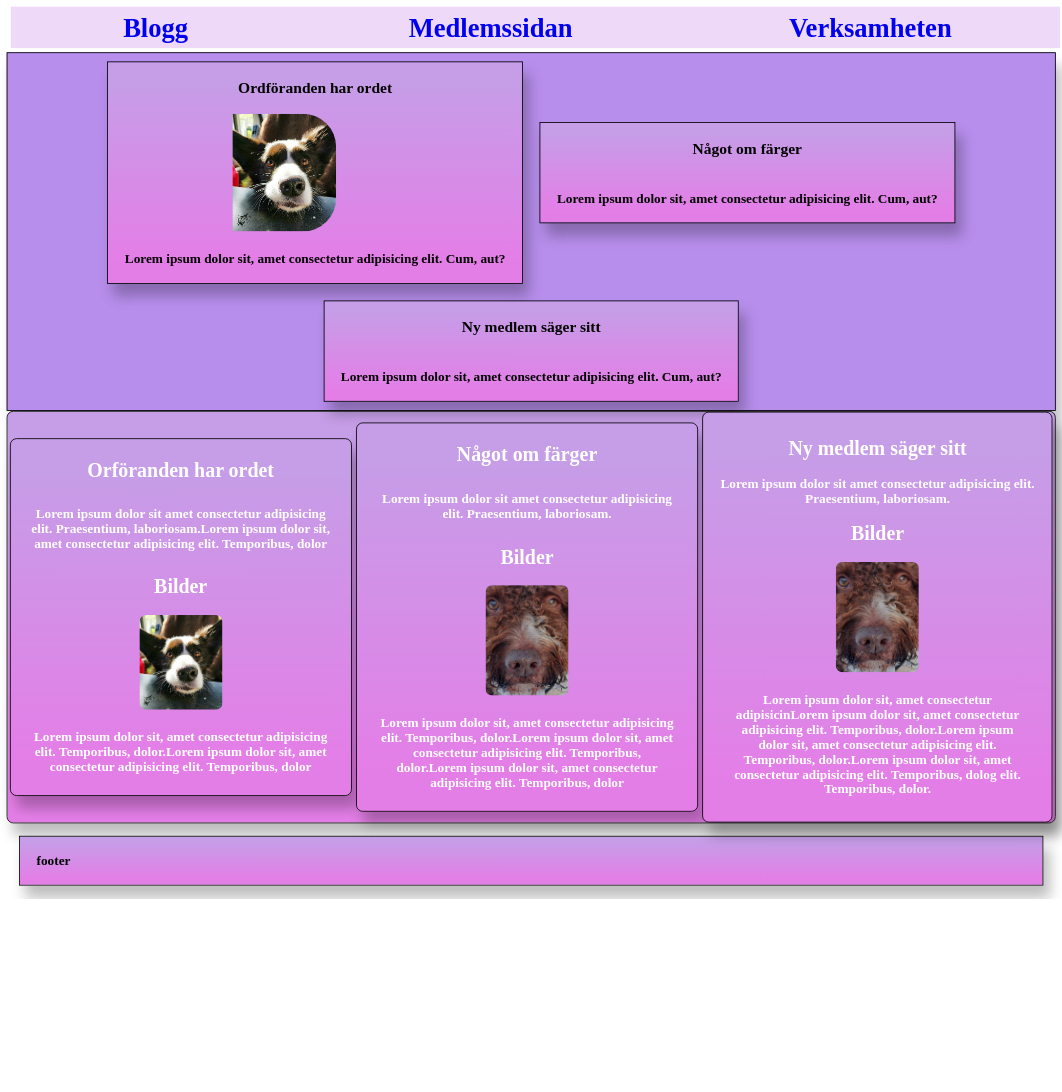
Repository: Webutveckling-20-21/lektion-3-CSS
Page: index.html
An editor plug-in stored every save of this project. The page is shown before and after the next save, followed by the edit.
The browser window is 1280 px wide. The pictures show the whole page, at 83% of full size.
Some web fonts or font styles are not loaded; a fallback is used.

Above is the page before, as saved 2021-09-30 14:03:46.

After the next save:
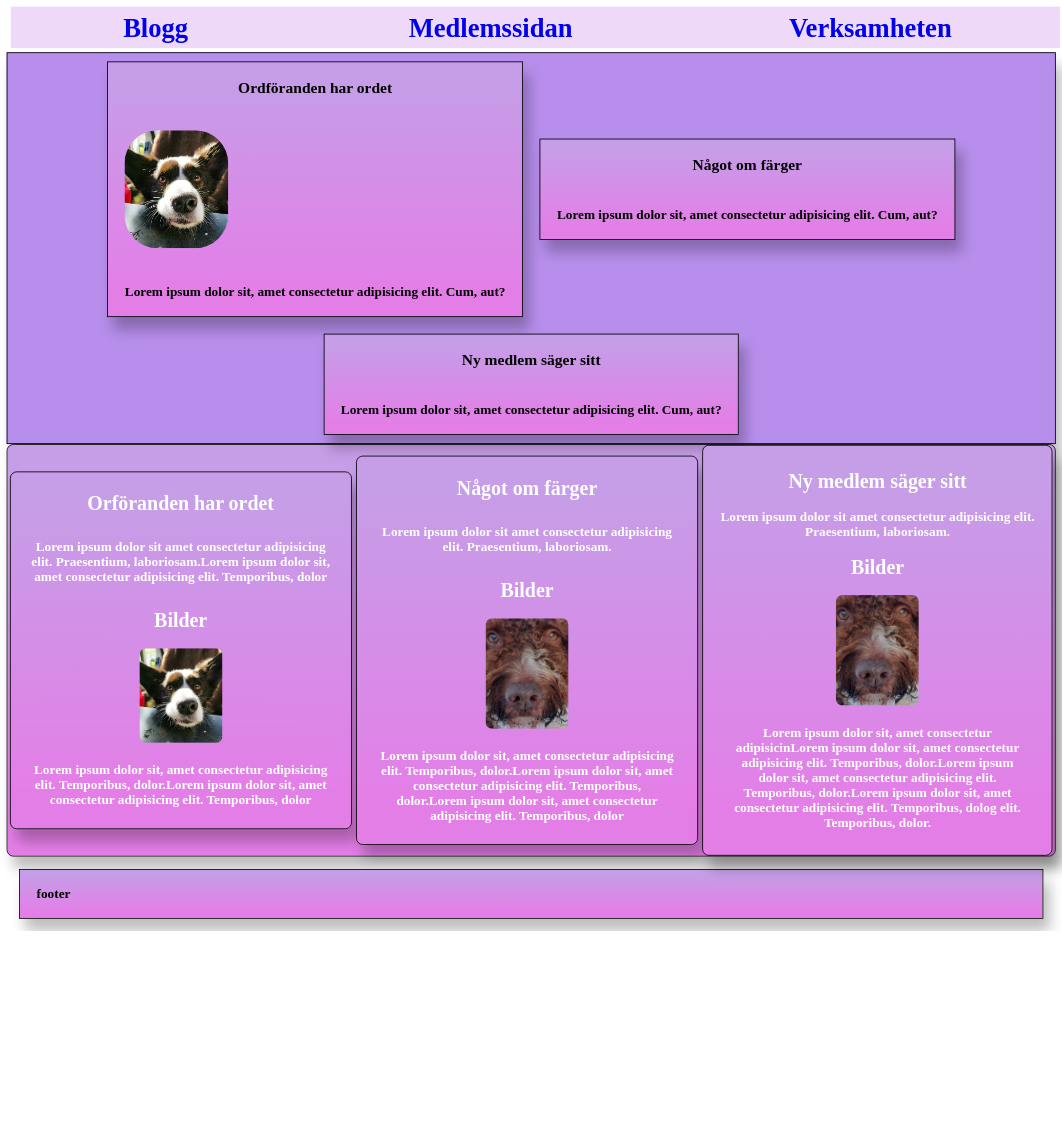
Saved 25 s later.
--- a/style.css
+++ b/style.css
@@ -144,7 +144,7 @@ h2 {
 }
 .article1 img {
     border-radius: 40px;
-    padding-left: 30%;
+    margin:20px;
 }
 
 .article2 {
